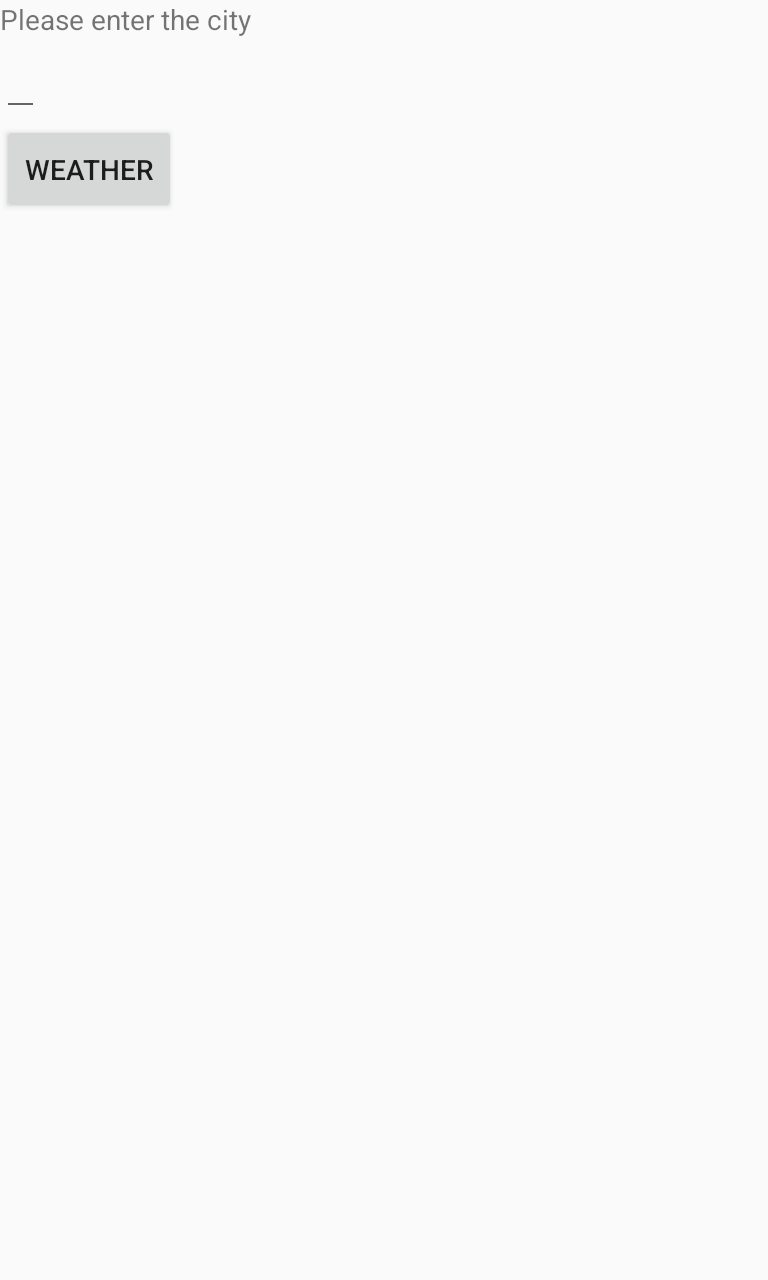
Repository: alexWr/weather-app
Layout: OpenWeatherT/res/layout/main.xml
The author's editor kept a copy of each file at every save. The layout is drawn from the files as they stood at one save, then again after the next save.
It is drawn on a 768 x 1280 px phone screen (xhdpi) without system bars, with theme AppTheme; the app's code is not run.

Above is the layout before, as saved 2014-10-16 06:32:56.

After the next save:
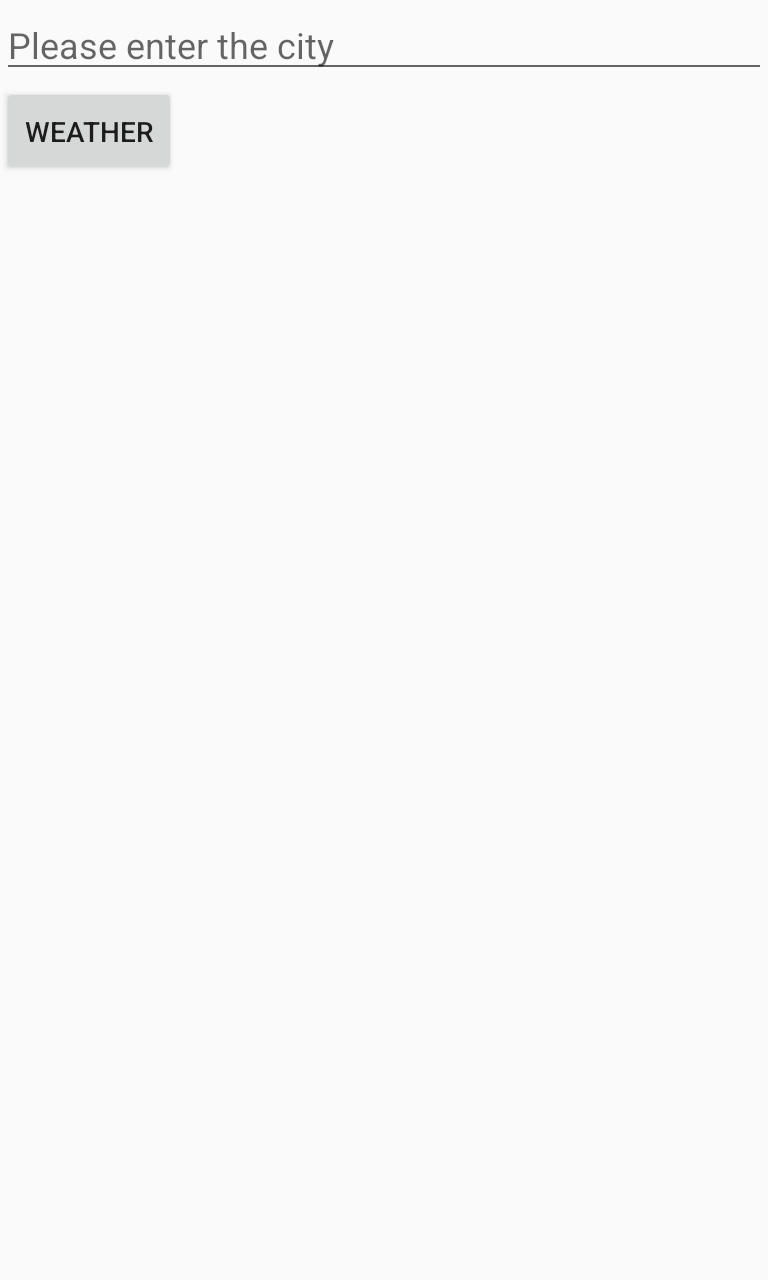
Saved 13 min 54 s later.
--- a/OpenWeatherT/res/layout/main.xml
+++ b/OpenWeatherT/res/layout/main.xml
@@ -3,13 +3,11 @@
     android:layout_width="fill_parent"
     android:layout_height="fill_parent"
     android:orientation="vertical"     >
-   <TextView
-        android:layout_width="wrap_content"
-        android:layout_height="wrap_content"
-        android:text="Please enter the city"/>
     <EditText
-		android:layout_height="wrap_content"
-		android:layout_width="wrap_content"
+		android:layout_width="match_parent"
+	    android:layout_height="wrap_content"
+	    android:layout_gravity="center"
+	    android:hint="Please enter the city"
 		android:id="@+id/etCity"
 		/>
     <Button
